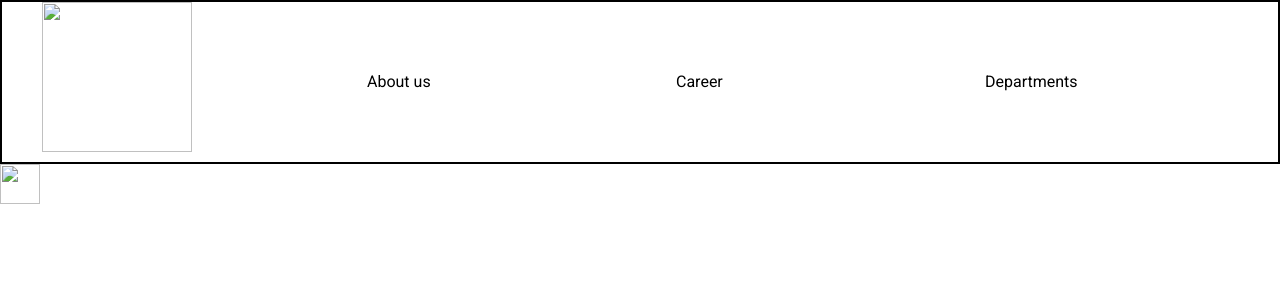
Repository: Hassanine-jaouadi/docplanner
Page: doc-panner.html
An editor plug-in stored every save of this project. The page is shown before and after the next save, followed by the edit.
The browser window is 1280 px wide. The pictures show the whole page.
Some web libraries are served in a nearby version.

Above is the page before, as saved 2020-01-17 09:29:11.

After the next save:
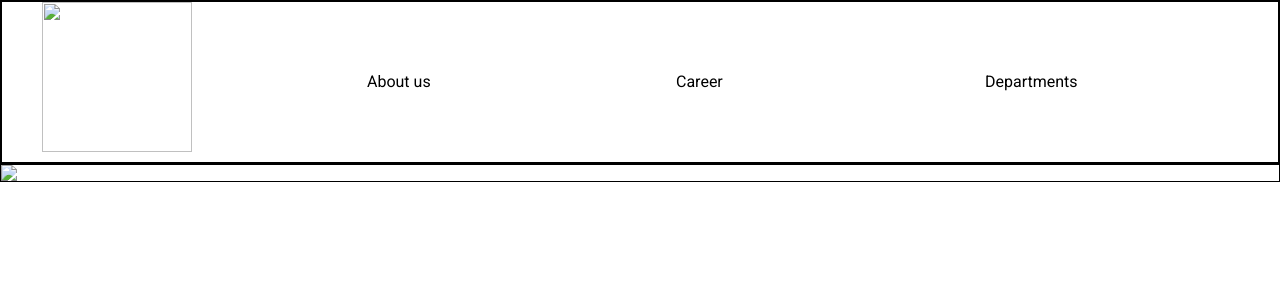
Saved 14 s later.
--- a/doc-panner.html
+++ b/doc-panner.html
@@ -28,8 +28,8 @@
         </ul>
     </nav>
 
-    <img src="file:///Users/hjaouadi/Documents/Wistia/Doc-planner/it.docplanner-w130.png"
-                    class="docplanner-nav-logo" width="40" height="40"/>
+    <img class="logo-under-nav" src="file:///Users/hjaouadi/Documents/Wistia/Doc-planner/it.docplanner-w130.png"
+                    class="docplanner-nav-logo" />
 </body>
 
 </html>
